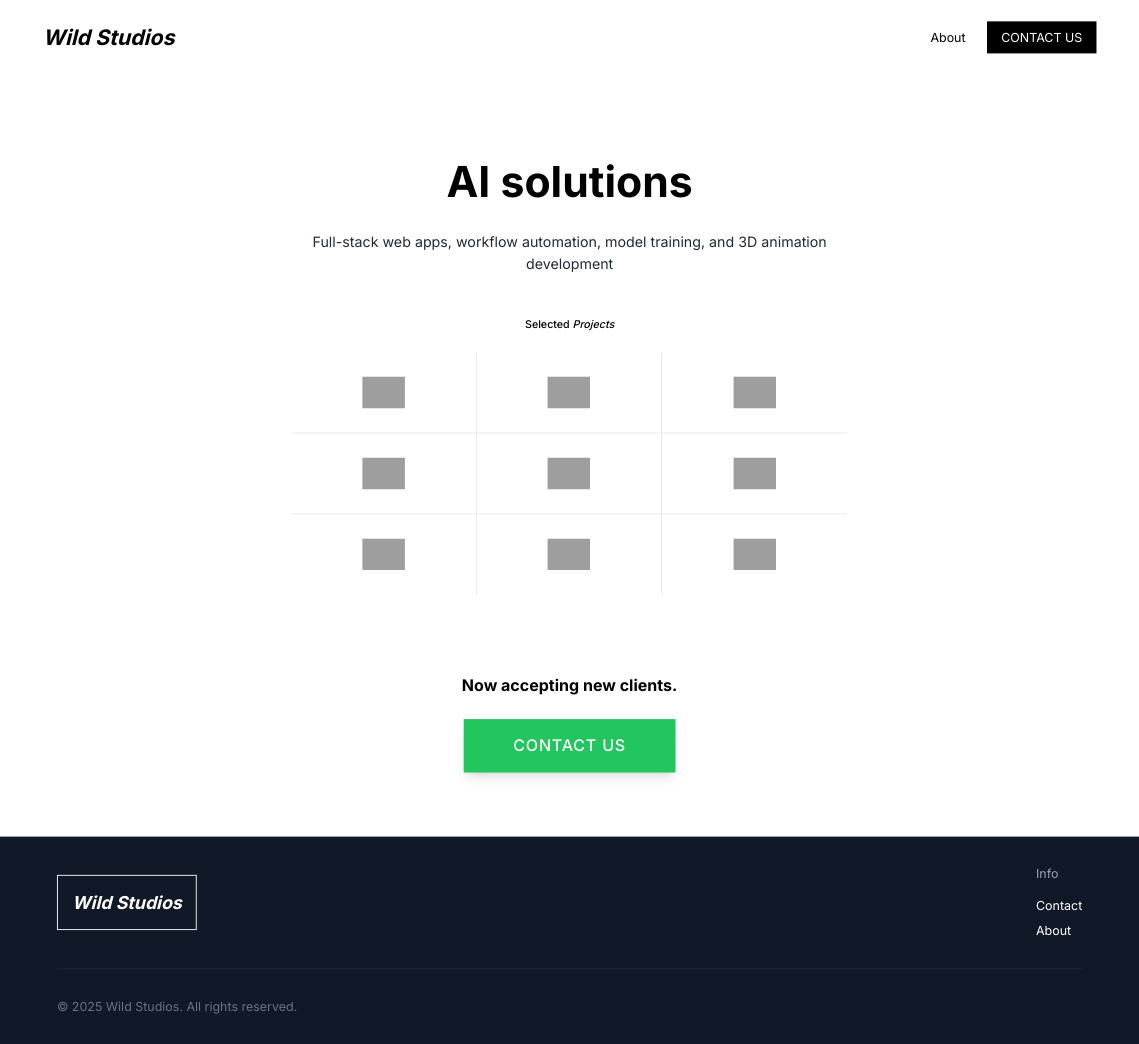
Repository: wpulier/wildstudio
Page: /
These files come from the project's save history. The page is drawn as it stood at one moment and after the next save; the edit follows.
The browser window is 1280 px wide. The pictures show the whole page, at 89% of full size.
Pictures or frames that could not be fetched are drawn as grey boxes. The project was rebuilt for these pictures with package versions that can differ from the ones it lists, and the page was loaded fresh each time. The framework's server and built-in components were replaced by stand-ins that run in the browser. Also part of the build but not shown: next.config.mjs.

Above is the page before, as saved 2025-03-01 14:04:05.

### src/app/layout.tsx
import type { Metadata } from "next";
import { Inter } from "next/font/google";
import "./globals.css";
import Footer from "./components/Footer";
import Navigation from "./components/Navigation";

const inter = Inter({ subsets: ["latin"] });

export const metadata: Metadata = {
  title: "Wild Studios | Design for the Digital Age",
  description: "Wild Studios designs products for the future. From digital interfaces to brand identities to immersive apps.",
};

export default function RootLayout({
  children,
}: Readonly<{
  children: React.ReactNode;
}>) {
  return (
    <html lang="en">
      <body className={inter.className}>
        <div className="flex flex-col min-h-screen">
          <Navigation />
          <main className="flex-grow mb-8">
            {children}
          </main>
          <Footer />
        </div>
      </body>
    </html>
  );
}

### src/app/page.tsx
import Link from 'next/link';
import { projects } from '@/data/projects';

export default function Home() {
  return (
    <>
      {/* Hero Section */}
      <section className="flex flex-col items-center justify-center text-center px-4 mt-12 md:mt-24">
        <h1 className="text-3xl md:text-5xl font-bold max-w-3xl">
          AI solutions
        </h1>

        <p className="mt-6 md:mt-8 max-w-2xl text-center text-sm md:text-base text-gray-800">
          Full-stack web apps, workflow automation, model training, and 3D animation development
        </p>
      </section>

      {/* Projects Grid Section */}
      <section className="px-4 md:px-6 py-8 md:py-12 mx-auto w-full max-w-2xl">
        <h2 className="text-xs font-medium text-center mb-6">
          Selected <span className="italic">Projects</span>
        </h2>

        {/* Project Grid */}
        <div className="mx-auto">
          <div className="grid grid-cols-3 mx-auto">
            {projects.map((project, index) => {
              // Calculate border classes based on position
              const isRightBorder = index % 3 !== 2; // Not last in row
              const isBottomBorder = index < 6; // Not in bottom row

              return (
                <Link
                  key={index}
                  href={`/projects/${project.slug}`}
                  className={`
                    block
                    ${isRightBorder ? 'border-r border-gray-200' : ''}
                    ${isBottomBorder ? 'border-b border-gray-200' : ''}
                  `}
                >
                  <div className="h-[90px] w-full flex justify-center items-center group">
                    <img
                      src={project.logo}
                      alt={project.name}
                      className="w-[40%] h-[40%] object-contain transition-transform duration-200
                               group-hover:scale-110"
                    />
                  </div>
                </Link>
              );
            })}
          </div>
        </div>
      </section>

      {/* CTA Section */}
      <section className="py-10 px-4 text-center mt-0">
        <div className="max-w-2xl mx-auto">
          <p className="mb-6 font-bold text-lg">Now accepting new clients.</p>
          <Link
            href="/contact"
            className="inline-block bg-green-500 hover:bg-green-600 text-white py-4 px-14 uppercase tracking-wider text-base md:text-lg font-medium transition-colors duration-200 shadow-lg hover:shadow-xl"
          >
            CONTACT US
          </Link>
        </div>
      </section>
    </>
  );
}

### src/app/globals.css
@tailwind base;
@tailwind components;
@tailwind utilities;

:root {
  --foreground-rgb: 0, 0, 0;
  --background-rgb: 255, 255, 255;
}

body {
  color: rgb(var(--foreground-rgb));
  background: rgb(var(--background-rgb));
}

a {
  transition: color 0.2s ease;
}

button {
  transition: opacity 0.2s ease;
}

button:hover {
  opacity: 0.9;
}

### src/app/components/Footer.tsx
import Link from 'next/link';

export default function Footer() {
  return (
    <footer className="bg-gray-900 text-white py-6 md:py-8 px-4 md:px-12">
      <div className="max-w-6xl mx-auto">
        <div className="flex flex-col md:flex-row md:justify-between md:items-center">
          {/* Logo */}
          <div className="mb-6 md:mb-0">
            <div className="border border-white p-3 md:p-4 inline-block">
              <span className="text-lg md:text-xl italic font-bold">Wild Studios</span>
            </div>
          </div>

          {/* Simplified Navigation */}
          <div>
            <h4 className="text-xs md:text-sm text-gray-400 mb-2 md:mb-4">Info</h4>
            <ul className="space-y-1 md:space-y-2 text-sm">
              <li><Link href="/contact" className="hover:underline">Contact</Link></li>
              <li><Link href="/about" className="hover:underline">About</Link></li>
            </ul>
          </div>
        </div>

        <div className="mt-6 md:mt-8 pt-4 md:pt-8 border-t border-gray-800 text-xs md:text-sm text-gray-500">
          © {new Date().getFullYear()} Wild Studios. All rights reserved.
        </div>
      </div>
    </footer>
  );
}

### src/app/components/Navigation.tsx
import Link from 'next/link';

export default function Navigation() {
  return (
    <header className="flex justify-between items-center py-4 md:py-6 px-4 md:px-12">
      <Link href="/" className="text-xl md:text-2xl font-bold italic">
        Wild Studios
      </Link>
      <nav className="flex items-center space-x-3 md:space-x-6">
        <Link href="/about" className="text-sm hover:underline">About</Link>
        <Link href="/contact" className="text-sm bg-black text-white px-3 py-1.5 md:px-4 md:py-2">
          CONTACT US
        </Link>
      </nav>
    </header>
  );
}

### src/data/projects.ts
export interface Project {
  name: string;
  slug: string;
  logo: string;
  description: string;
}

export const projects: Project[] = [
  {
    name: "Spotify",
    slug: "spotify",
    logo: "https://upload.wikimedia.org/wikipedia/commons/thumb/8/84/Spotify_icon.svg/232px-Spotify_icon.svg.png",
    description: "Redesigning the listening experience"
  },
  {
    name: "Adobe",
    slug: "adobe",
    logo: "https://upload.wikimedia.org/wikipedia/commons/thumb/8/8d/Adobe_Corporate_Logo.png/220px-Adobe_Corporate_Logo.png",
    description: "Reimagining creative tools"
  },
  {
    name: "Tesla",
    slug: "tesla",
    logo: "https://upload.wikimedia.org/wikipedia/commons/thumb/b/bd/Tesla_Motors.svg/220px-Tesla_Motors.svg.png",
    description: "Future of automotive interfaces"
  },
  {
    name: "Airbnb",
    slug: "airbnb",
    logo: "https://upload.wikimedia.org/wikipedia/commons/thumb/6/69/Airbnb_Logo_B%C3%A9lo.svg/220px-Airbnb_Logo_B%C3%A9lo.svg.png",
    description: "Revolutionizing travel experiences"
  },
  {
    name: "Apple",
    slug: "apple",
    logo: "https://upload.wikimedia.org/wikipedia/commons/thumb/f/fa/Apple_logo_black.svg/220px-Apple_logo_black.svg.png",
    description: "Designing next-gen devices"
  },
  {
    name: "Slack",
    slug: "slack",
    logo: "https://upload.wikimedia.org/wikipedia/commons/thumb/d/d5/Slack_icon_2019.svg/220px-Slack_icon_2019.svg.png",
    description: "Transforming workplace communication"
  },
  {
    name: "Netflix",
    slug: "netflix",
    logo: "https://upload.wikimedia.org/wikipedia/commons/thumb/0/08/Netflix_2015_logo.svg/220px-Netflix_2015_logo.svg.png",
    description: "Reimagining streaming experiences"
  },
  {
    name: "Google",
    slug: "google",
    logo: "https://upload.wikimedia.org/wikipedia/commons/thumb/2/2f/Google_2015_logo.svg/220px-Google_2015_logo.svg.png",
    description: "Creating the search of tomorrow"
  },
  {
    name: "Twitter",
    slug: "twitter",
    logo: "https://upload.wikimedia.org/wikipedia/commons/thumb/6/6f/Logo_of_Twitter.svg/220px-Logo_of_Twitter.svg.png",
    description: "Redefining social conversations"
  }
];

### tailwind.config.js
/** @type {import('tailwindcss').Config} */
module.exports = {
  content: [
    "./src/app/**/*.{js,ts,jsx,tsx}",
    "./src/pages/**/*.{js,ts,jsx,tsx}",
    "./src/components/**/*.{js,ts,jsx,tsx}",
  ],
  theme: {
    extend: {},
  },
  plugins: [],
}

After the next save:
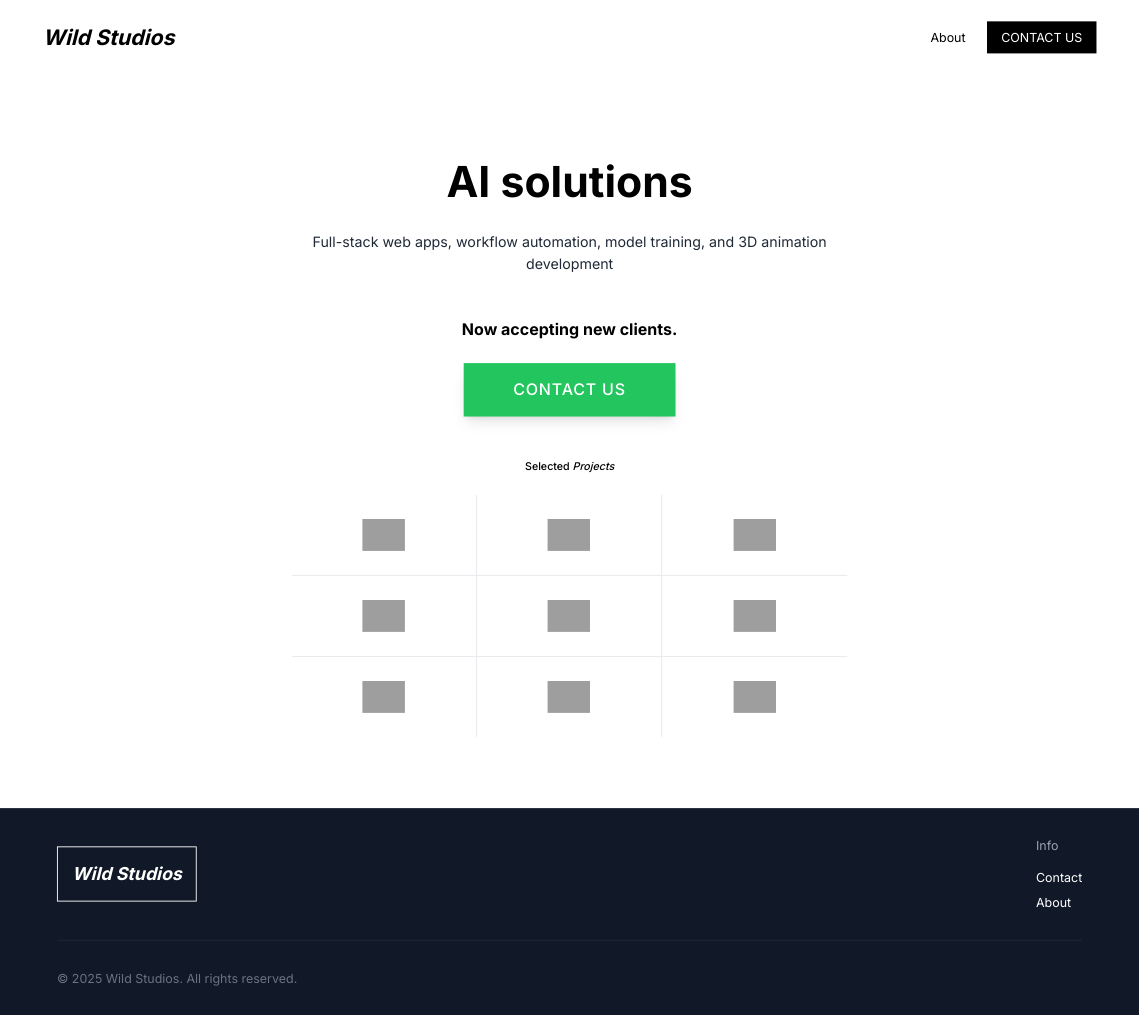
Saved 2 min 28 s later.
--- a/src/app/page.tsx
+++ b/src/app/page.tsx
@@ -13,6 +13,17 @@ export default function Home() {
         <p className="mt-6 md:mt-8 max-w-2xl text-center text-sm md:text-base text-gray-800">
           Full-stack web apps, workflow automation, model training, and 3D animation development
         </p>
+
+        {/* CTA Section */}
+        <div className="mt-12 max-w-2xl mx-auto">
+          <p className="mb-6 font-bold text-lg">Now accepting new clients.</p>
+          <Link
+            href="/contact"
+            className="inline-block bg-green-500 hover:bg-green-600 text-white py-4 px-14 uppercase tracking-wider text-base md:text-lg font-medium transition-colors duration-200 shadow-lg hover:shadow-xl"
+          >
+            CONTACT US
+          </Link>
+        </div>
       </section>
 
       {/* Projects Grid Section */}
@@ -53,19 +64,6 @@ export default function Home() {
           </div>
         </div>
       </section>
-
-      {/* CTA Section */}
-      <section className="py-10 px-4 text-center mt-0">
-        <div className="max-w-2xl mx-auto">
-          <p className="mb-6 font-bold text-lg">Now accepting new clients.</p>
-          <Link
-            href="/contact"
-            className="inline-block bg-green-500 hover:bg-green-600 text-white py-4 px-14 uppercase tracking-wider text-base md:text-lg font-medium transition-colors duration-200 shadow-lg hover:shadow-xl"
-          >
-            CONTACT US
-          </Link>
-        </div>
-      </section>
     </>
   );
 }
